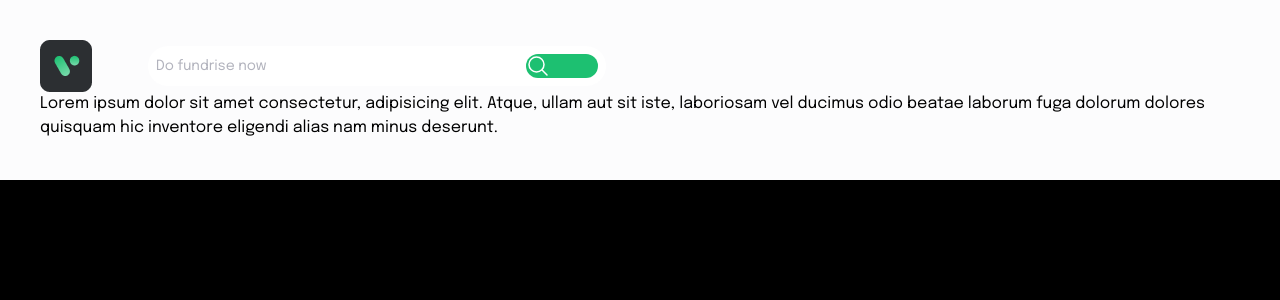
Repository: Kaymileee/crownFunding-Project
Page: /
The author's editor kept a copy of each file at every save. The page is drawn from the files as they stood at one save, then again after the next save.
The browser window is 1280 px wide. The pictures show the whole page.
The project was rebuilt for these pictures with package versions that can differ from the ones it lists, and the page was loaded fresh each time. Imported but missing from the stored project, and not drawn on this page: src/components/common/FormGroup, src/components/input/Input.

Above is the page before, as saved 2023-02-03 17:33:47.

### public/index.html
<!DOCTYPE html>
<html lang="en">
  <head>
    <meta charset="utf-8" />
    <link rel="icon" href="%PUBLIC_URL%/favicon.ico" />
    <meta name="viewport" content="width=device-width, initial-scale=1" />
    <meta name="theme-color" content="#000000" />
    <meta
      name="description"
      content="Web site created using create-react-app"
    />
    <link rel="apple-touch-icon" href="%PUBLIC_URL%/logo192.png" />
    <!--
      manifest.json provides metadata used when your web app is installed on a
      user's mobile device or desktop. See https://developers.google.com/web/fundamentals/web-app-manifest/
    -->
    <link rel="manifest" href="%PUBLIC_URL%/manifest.json" />
    <!--
      Notice the use of %PUBLIC_URL% in the tags above.
      It will be replaced with the URL of the `public` folder during the build.
      Only files inside the `public` folder can be referenced from the HTML.

      Unlike "/favicon.ico" or "favicon.ico", "%PUBLIC_URL%/favicon.ico" will
      work correctly both with client-side routing and a non-root public URL.
      Learn how to configure a non-root public URL by running `npm run build`.
    -->
    <link rel="preconnect" href="https://fonts.googleapis.com" />
    <link rel="preconnect" href="https://fonts.gstatic.com" crossorigin />
    <link
      href="https://fonts.googleapis.com/css2?family=Epilogue:wght@400;500;600;700&display=swap"
      rel="stylesheet"
    />
    <title>Crowfunding App</title>
  </head>
  <body>
    <noscript>You need to enable JavaScript to run this app.</noscript>
    <div id="root"></div>
    <!--
      This HTML file is a template.
      If you open it directly in the browser, you will see an empty page.

      You can add webfonts, meta tags, or analytics to this file.
      The build step will place the bundled scripts into the <body> tag.

      To begin the development, run `npm start` or `yarn start`.
      To create a production bundle, use `npm run build` or `yarn build`.
    -->
  </body>
</html>

### src/index.js
import React from "react";
import { createRoot } from "react-dom/client";
import App from "./App";
import reportWebVitals from "./reportWebVitals";
import "./index.scss";
import { Provider } from "react-redux";
import { store } from "./store/configureStore";
import { BrowserRouter } from "react-router-dom";
const container = document.getElementById("root");
const root = createRoot(container);

root.render(
  <Provider store={store}>
    <BrowserRouter>
      <App />
    </BrowserRouter>
  </Provider>
);

// If you want to start measuring performance in your app, pass a function
// to log results (for example: reportWebVitals(console.log))
// or send to an analytics endpoint. Learn more: https://bit.ly/CRA-vitals
reportWebVitals();

### src/App.js
import React, { lazy } from "react";
import { Suspense } from "react";
import { Route, Routes } from "react-router-dom";
const SignUpPage = lazy(() => import("./pages/SignUpPage.js"));
const SignInPage = lazy(() => import("./pages/SignInPage"));
const DashboardPage = lazy(() => import("./pages/DashboardPage"));

function App() {
  return (
    <Suspense>
      <Routes>
        <Route path="/sign-up" element={<SignUpPage></SignUpPage>}></Route>
        <Route path="/" element={<DashboardPage></DashboardPage>}></Route>

        <Route path="/sign-in" element={<SignInPage></SignInPage>}></Route>
      </Routes>
    </Suspense>
  );
}

export default App;

### src/index.scss
@tailwind base;
@tailwind components;
@tailwind utilities;
@layer base {
  body {
    @apply text-base font-primary font-normal;
    background: #000;
  }
  input {
    @apply outline-none;
  }
}
input:focus + .error-input {
  display: none;
}

### src/store/configureStore.js
import { configureStore } from "@reduxjs/toolkit";
import createSagaMiddleware from "@redux-saga/core";
import logger from "redux-logger";
const sagaMiddleware = createSagaMiddleware();

export const store = configureStore({
  reducer: {},
  middleware: (gDM) => gDM().concat(logger, sagaMiddleware),
});
// sagaMiddleware.run(rootSaga);

### src/pages/DashboardPage.js
import React from "react";
import LayoutDashboard from "../layouts/LayoutDashboard";

const DashboardPage = () => {
  return (
    <LayoutDashboard>
      <div>
        Lorem ipsum dolor sit amet consectetur, adipisicing elit. Atque, ullam
        aut sit iste, laboriosam vel ducimus odio beatae laborum fuga dolorum
        dolores quisquam hic inventore eligendi alias nam minus deserunt.
      </div>
    </LayoutDashboard>
  );
};

export default DashboardPage;

### src/layouts/LayoutDashboard.js
import React from "react";
import DashboardSideBar from "../module/dashboard/DashboardSideBar";
import DashboardTopBar from "../module/dashboard/DashboardTopBar";

const LayoutDashboard = ({ children }) => {
  return (
    <div className="p-10 bg-liteBg max-w-[1440px] mx-auto">
      <DashboardTopBar></DashboardTopBar>
      <div>
        <DashboardSideBar></DashboardSideBar>
        <div>{children}</div>
      </div>
    </div>
  );
};

export default LayoutDashboard;

### src/module/dashboard/DashboardSideBar.js
import React from "react";

const DashboardSideBar = () => {
  return <div></div>;
};

export default DashboardSideBar;

### src/module/dashboard/DashboardTopBar.js
import React from "react";
import DashboardSearch from "./DashboardSearch";

const DashboardTopBar = () => {
  return (
    <div className="flex items-center gap-x-14">
      <img src="./logo.png" alt="" />
      <DashboardSearch></DashboardSearch>
    </div>
  );
};

export default DashboardTopBar;

### src/module/dashboard/DashboardSearch.js
import React from "react";

const DashboardSearch = () => {
  return (
    <div className="max-w-[458px] p-2 bg-white shadow-[10px_10px_20px_rgba(218, 213, 213, 0.15)] w-full rounded-full flex items-center">
      <div className="flex-1">
        <input
          type="text"
          placeholder="Do fundrise now"
          className="w-full text-sm font-normal bg-transparent placeholder:text-text4 text-text1"
        />
      </div>
      <button className="max-w-[72px] bg-primary text-white rounded-full w-full">
        <svg
          xmlns="http://www.w3.org/2000/svg"
          fill="none"
          viewBox="0 0 24 24"
          strokeWidth="1.5"
          stroke="currentColor"
          className="w-6 h-6"
        >
          <path
            strokeLinecap="round"
            strokeLinejoin="round"
            d="M21 21l-5.197-5.197m0 0A7.5 7.5 0 105.196 5.196a7.5 7.5 0 0010.607 10.607z"
          />
        </svg>
      </button>
    </div>
  );
};

export default DashboardSearch;

### tailwind.config.js
module.exports = {
  darkMode: "class",
  content: ["./src/**/*.{js,jsx,ts,tsx}"],
  theme: {
    extend: {
      fontFamily: {
        primary: ["Epilogue", "sans-serif;"],
      },
      colors: {
        primary: "#1DC071",
        secondary: "#6F49FD",
        text1: "#171725",
        text2: "#4B5264",
        text3: "#808191",
        text4: "#B2B3BD",

        iconColor: "#A2A2A8",
        white: "#FFFFFF",
        whiteSoft: "#FCFBFF",
        graySoft: "#FCFCFC",
        strockColor: "#F1F1F3",
        liteBg: "#FCFCFD",
        error: "#EB5757",

        darkBG: "#3A3A43",
        darkSecondary: "#1C1C24",
        softDark: "#22222C",
        darkSoft: "#24242C",
        darkStroke: "#3A3A43",
        darkRed: "#422C32",
      },
    },
  },
  plugins: [],
};

Loaded but not shown: src/reportWebVitals.js (common file)

After the next save:
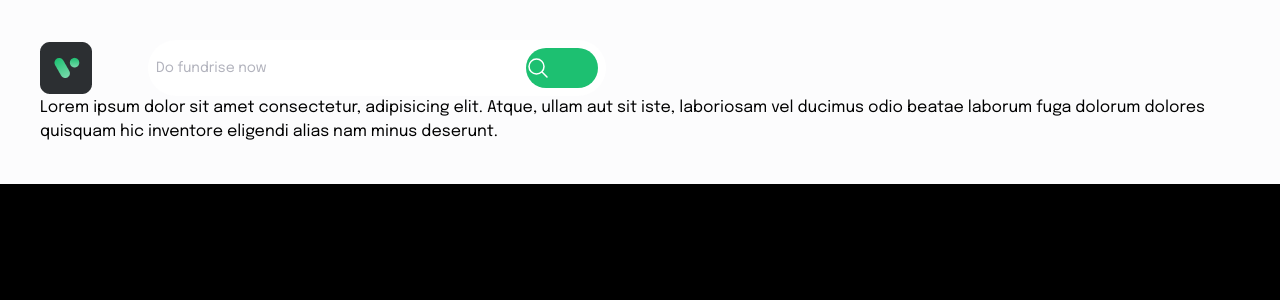
Saved 16 s later.
--- a/src/module/dashboard/DashboardSearch.js
+++ b/src/module/dashboard/DashboardSearch.js
@@ -10,7 +10,7 @@ const DashboardSearch = () => {
           className="w-full text-sm font-normal bg-transparent placeholder:text-text4 text-text1"
         />
       </div>
-      <button className="max-w-[72px] bg-primary text-white rounded-full w-full">
+      <button className="max-w-[72px] bg-primary text-white rounded-full w-full h-10">
         <svg
           xmlns="http://www.w3.org/2000/svg"
           fill="none"
